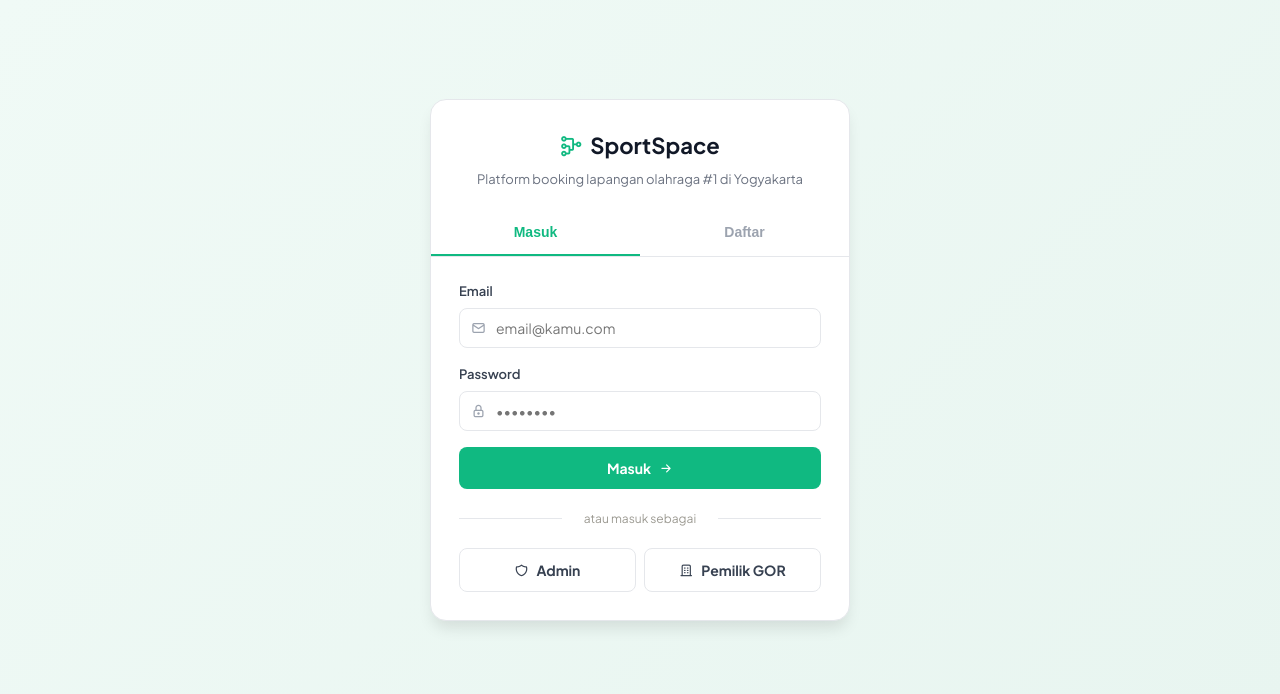
Repository: vira633/SportSpace
Page: login.html
The author's editor kept a copy of each file at every save. The page is drawn from the files as they stood at one save, then again after the next save.
The browser window is 1280 px wide. The pictures show the whole page.
Some web libraries are served in a nearby version.

Above is the page before, as saved 2026-06-20 10:06:59.

### login.html
<!DOCTYPE html>
<html lang="id">
<head>
  <meta charset="UTF-8">
  <meta name="viewport" content="width=device-width, initial-scale=1.0">
  <title>Masuk / Daftar — SportSpace</title>
  <link rel="stylesheet" href="css/style.css">
  <link rel="stylesheet" href="https://cdn.jsdelivr.net/npm/@tabler/icons-webfont@3.31.0/dist/tabler-icons.min.css">
  <style>
    body { min-height: 100vh; display: flex; flex-direction: column; font-family: 'Plus Jakarta Sans', sans-serif; }
    .auth-wrap { flex: 1; display: flex; align-items: center; justify-content: center; padding: 32px 16px; background: linear-gradient(135deg, #f0faf6 0%, #e8f5f0 100%); }
    .auth-card { width: 100%; max-width: 420px; background: #fff; border: 1px solid #e5e7eb; border-radius: 16px; box-shadow: 0 10px 15px -3px rgba(0, 0, 0, 0.1); overflow: hidden; }
    .auth-top { padding: 28px 28px 0; text-align: center; }
    .auth-logo { display: inline-flex; align-items: center; gap: 8px; margin-bottom: 6px; font-weight: 800; font-size: 22px; color: #111827; }
    .auth-logo i { color: #10b981; }
    .auth-desc { font-size: 13px; color: #6b7280; margin-bottom: 20px; }

    .tab-row { display: flex; border-bottom: 1px solid #e5e7eb; }
    .tab-btn { flex: 1; padding: 14px; font-size: 14px; font-weight: 600; border: none; background: transparent; color: #9ca3af; cursor: pointer; border-bottom: 2px solid transparent; transition: all .2s; }
    .tab-btn.active { color: #10b981; border-bottom-color: #10b981; }

    .tab-panel { display: none; padding: 24px 28px 28px; }
    .tab-panel.active { display: block; }

    .form-group { margin-bottom: 16px; text-align: left; }
    .form-label { display: block; font-size: 13px; font-weight: 600; margin-bottom: 6px; color: #374151; }
    .input-icon { position: relative; display: flex; align-items: center; }
    .input-icon i { position: absolute; left: 12px; color: #9ca3af; }
    .form-input { width: 100%; padding: 10px 12px 10px 38px; border: 1.5px solid #e5e7eb; border-radius: 8px; outline: none; transition: 0.2s; }
    .form-input:focus { border-color: #10b981; box-shadow: 0 0 0 3px rgba(16, 185, 129, 0.1); }

    .btn { cursor: pointer; font-weight: 700; border: none; transition: 0.2s; border-radius: 8px; display: inline-flex; align-items: center; justify-content: center; gap: 8px; }
    .btn-primary { background: #10b981; color: white; }
    .btn-primary:hover { background: #059669; }
    .btn-outline { background: white; border: 1.5px solid #e5e7eb; color: #374151; }
    .btn-outline:hover { background: #f9fafb; border-color: #d1d5db; }
    .btn-full { width: 100%; padding: 12px; }

    .divider { display: flex; align-items: center; text-align: center; margin: 20px 0; color: #9ca3af; font-size: 12px; }
    .divider::before, .divider::after { content: ''; flex: 1; border-bottom: 1px solid #e5e7eb; }
    .divider:not(:empty)::before { margin-right: 10px; }
    .divider:not(:empty)::after { margin-left: 10px; }

    .hidden { display: none !important; }
  </style>
</head>
<body>

<div class="auth-wrap">
  <div class="auth-card">
    <div class="auth-top">
      <div class="auth-logo"><i class="ti ti-tournament"></i> SportSpace</div>
      <p class="auth-desc">Platform booking lapangan olahraga #1 di Yogyakarta</p>
    </div>

    <div class="tab-row">
      <button class="tab-btn active" id="btn-login" onclick="switchTab('login')">Masuk</button>
      <button class="tab-btn" id="btn-register" onclick="switchTab('register')">Daftar</button>
    </div>

    <div class="tab-panel active" id="panel-login">
      <div class="form-group">
        <label class="form-label">Email</label>
        <div class="input-icon">
          <i class="ti ti-mail"></i>
          <input type="email" id="loginEmail" class="form-input" placeholder="email@kamu.com">
        </div>
      </div>
      <div class="form-group">
        <label class="form-label">Password</label>
        <div class="input-icon">
          <i class="ti ti-lock"></i>
          <input type="password" id="loginPass" class="form-input" placeholder="••••••••">
        </div>
      </div>

      <button class="btn btn-primary btn-full" onclick="handleLogin()">Masuk <i class="ti ti-arrow-right"></i></button>

      <div class="divider"><span>atau masuk sebagai</span></div>

      <div style="display:flex; gap:8px;">
        <button class="btn btn-outline btn-full" onclick="goTo('dashboard-admin.html')"><i class="ti ti-shield"></i> Admin</button>
        <button class="btn btn-outline btn-full" onclick="goTo('dashboard-owner.html')"><i class="ti ti-building"></i> Pemilik GOR</button>
      </div>
    </div>

    <div class="tab-panel" id="panel-register">
      <div class="form-group">
        <label class="form-label">Nama lengkap</label>
        <div class="input-icon">
          <i class="ti ti-user"></i>
          <input type="text" id="regNama" class="form-input" placeholder="Nama kamu">
        </div>
      </div>
      <div class="form-group">
        <label class="form-label">Email</label>
        <div class="input-icon">
          <i class="ti ti-mail"></i>
          <input type="email" id="regEmail" class="form-input" placeholder="email@kamu.com">
        </div>
      </div>
      <div class="form-group">
        <label class="form-label">Password</label>
        <div class="input-icon">
          <i class="ti ti-lock"></i>
          <input type="password" id="regPass" class="form-input" placeholder="Min. 8 karakter">
        </div>
      </div>
      <button class="btn btn-primary btn-full" onclick="handleRegister()">Buat akun <i class="ti ti-arrow-right"></i></button>
    </div>
  </div>
</div>

<script>
  function switchTab(type) {
    const pLogin = document.getElementById('panel-login');
    const pRegister = document.getElementById('panel-register');
    const bLogin = document.getElementById('btn-login');
    const bRegister = document.getElementById('btn-register');

    if (type === 'login') {
      pLogin.classList.add('active');
      pRegister.classList.remove('active');
      bLogin.classList.add('active');
      bRegister.classList.remove('active');
    } else {
      pLogin.classList.remove('active');
      pRegister.classList.add('active');
      bLogin.classList.remove('active');
      bRegister.classList.add('active');
    }
  }

  function goTo(url) {
    window.location.href = url;
  }

  function handleLogin() {
    const email = document.getElementById('loginEmail').value;
    if(!email) {
      alert("Masukkan email dulu!");
      return;
    }
    localStorage.setItem('userLoggedIn', email);
    window.location.href = "index.html";
  }

  function handleRegister() {
    const nama = document.getElementById('regNama').value;
    if(!nama) {
      alert("Isi nama lengkap kamu!");
      return;
    }
    alert("Akun berhasil dibuat, Halo " + nama + "!");
    window.location.href = "index.html";
  }
</script>

</body>
</html>

### style.css
@import url('https://fonts.googleapis.com/css2?family=Plus+Jakarta+Sans:wght@400;500;600;700&family=Syne:wght@700;800&display=swap');

:root {
  --green: #164f21;
  --green-light: #bceab8;
  --green-mid: #1f9b32;
  --amber: #BA7517;
  --amber-light: #FAEEDA;
  --red: #C0392B;
  --red-light: #FDECEA;
  --blue-light: #E6F1FB;
  --blue: #185FA5;
  --gray-50: #F9F9F8;
  --gray-100: #F2F2F0;
  --gray-200: #E5E5E2;
  --gray-300: #D1D0CC;
  --gray-400: #9C9A92;
  --gray-600: #5C5B56;
  --gray-800: #2A2A28;
  --gray-900: #1A1A18;
  --white: #FFFFFF;
  --black: #000000;
  --radius-sm: 6px;
  --radius-md: 10px;
  --radius-lg: 16px;
  --radius-xl: 24px;
  --shadow-sm: 0 1px 3px rgba(0, 0, 0, .06), 0 1px 2px rgba(0, 0, 0, .04);
  --shadow-md: 0 4px 12px rgba(0, 0, 0, .08), 0 2px 4px rgba(0, 0, 0, .04);
  --shadow-lg: 0 10px 30px rgba(0, 0, 0, .10), 0 4px 8px rgba(0, 0, 0, .04);
}

*,
*::before,
*::after {
  box-sizing: border-box;
  margin: 0;
  padding: 0;
}

body {
  font-family: 'Plus Jakarta Sans', sans-serif;
  background: var(--gray-50);
  color: var(--gray-800);
  line-height: 1.6;
  font-size: 15px;
}

h1,
h2,
h3 {
  font-family: 'Syne', sans-serif;
  line-height: 1.3;
}

a {
  text-decoration: none;
  color: inherit;
}

.navbar {
  position: sticky;
  top: 0;
  z-index: 100;
  display: flex;
  align-items: center;
  justify-content: space-between;
  padding: 14px 32px;
  background: rgba(255, 255, 255, .92);
  backdrop-filter: blur(12px);
  border-bottom: 1px solid var(--gray-200);
}

.navbar-brand i {
  font-size: 25px;
  color: var(--green);
  vertical-align: middle;
}

.navbar-brand {
  display: flex;
  align-items: center;
  gap: 4px;
  font-family: 'Syne', sans-serif;
  font-size: 18px;
  font-weight: 800;
  color: var(--gray-900);
}

.navbar-brand .dot {
  width: 4px;
  height: 4px;
  background: var(--green);
  border-radius: 100%;
  transform: translateY(6px);
}

.navbar-links {
  display: flex;
  gap: 28px;
}

.navbar-links a {
  font-size: 14px;
  color: var(--gray-600);
  font-weight: 500;
  transition: all 0.3 ease;
  position: relative;
  display: inline-block;
  padding: 8px 0;
}

.navbar-links a:hover,
.navbar-links a.active {
  color: var(--green);
  font-weight: 700;
  font-size: 15.5px;
  transform: translateY(-1px);
}


.navbar-links a:hover,
.navbar-links a.active {
  color: var(--green);
}

.navbar-actions {
  display: flex;
  gap: 8px;
  align-items: center;
}

/* BUTTONS */
.btn {
  display: inline-flex;
  align-items: center;
  gap: 6px;
  border: none;
  border-radius: var(--radius-md);
  padding: 9px 18px;
  font-size: 14px;
  font-weight: 600;
  cursor: pointer;
  transition: all .15s;
  font-family: 'Plus Jakarta Sans', sans-serif;
}

.btn-primary {
  background: var(--green);
  color: var(--white);
}

.btn-primary:hover {
  background: var(--green-mid);
  transform: translateY(-1px);
  box-shadow: var(--shadow-md);
}

.btn-outline {
  background: transparent;
  border: 1.5px solid var(--gray-200);
  color: var(--gray-800);
}

.btn-outline:hover {
  border-color: var(--green);
  color: var(--green);
}

.btn-sm {
  padding: 6px 14px;
  font-size: 13px;
}

.btn-lg {
  padding: 13px 28px;
  font-size: 15px;
}

.btn-full {
  width: 100%;
  justify-content: center;
}

/* BADGES */
.badge {
  display: inline-flex;
  align-items: center;
  gap: 4px;
  font-size: 11px;
  font-weight: 600;
  padding: 3px 10px;
  border-radius: 20px;
}

.badge-green {
  background: var(--green-light);
  color: var(--green);
}

.badge-amber {
  background: var(--amber-light);
  color: var(--amber);
}

.badge-red {
  background: var(--red-light);
  color: var(--red);
}

.badge-gray {
  background: var(--gray-100);
  color: var(--gray-600);
}

.badge-blue {
  background: var(--blue-light);
  color: var(--blue);
}

/* CARDS */
.card {
  background: var(--white);
  border: 1px solid var(--gray-200);
  border-radius: var(--radius-lg);
  box-shadow: var(--shadow-sm);
}

.card-body {
  padding: 20px;
}

/* FORM ELEMENTS */
.form-group {
  margin-bottom: 16px;
}

.form-label {
  display: block;
  font-size: 13px;
  font-weight: 600;
  color: var(--white);
  margin-bottom: 6px;
}

.form-input {
  width: 100%;
  padding: 10px 14px;
  font-size: 14px;
  font-family: 'Plus Jakarta Sans', sans-serif;
  border: 1.5px solid var(--gray-200);
  border-radius: var(--radius-md);
  background: var(--white);
  color: var(--gray-800);
  outline: none;
  transition: border-color .15s;
}

.form-input:focus {
  border-color: var(--green);
}

.input-icon {
  position: relative;
}

.input-icon i {
  position: absolute;
  left: 12px;
  top: 50%;
  transform: translateY(-50%);
  color: var(--gray-400);
  font-size: 15px;
}

.input-icon .form-input {
  padding-left: 36px;
}

/* SECTION */
.section {
  padding: 48px 32px;
  max-width: 1100px;
  margin: 0 auto;
}

.section-title {
  font-size: 22px;
  margin-bottom: 6px;
}

.section-subtitle {
  font-size: 14px;
  color: var(--gray-400);
  margin-bottom: 24px;
}

/* DIVIDER */
.divider {
  display: flex;
  align-items: center;
  gap: 12px;
  margin: 20px 0;
}

.divider::before,
.divider::after {
  content: '';
  flex: 1;
  height: 1px;
  background: var(--gray-200);
}

.divider span {
  font-size: 12px;
  color: var(--gray-400);
}

/* FOOTER */
.footer {
  background: var(--gray-900);
  color: var(--gray-400);
  padding: 32px;
  text-align: center;
  font-size: 13px;
  margin-top: 60px;
}

.footer strong {
  color: var(--white);
}

/* STAR */
.stars {
  color: rgb(218, 218, 19);
  font-size: 13px;
  letter-spacing: 1px;
}

/* ALERT */
.alert {
  padding: 12px 16px;
  border-radius: var(--radius-md);
  font-size: 13px;
  display: flex;
  align-items: start;
  gap: 10px;
}

.alert-info {
  background: var(--blue-light);
  color: var(--blue);
}

.alert-warning {
  background: var(--amber-light);
  color: var(--amber);
}

.alert-success {
  background: var(--green-light);
  color: var(--green);
}

/* TABLE */
.table {
  width: 100%;
  border-collapse: collapse;
  font-size: 14px;
}

.table th {
  text-align: left;
  padding: 10px 14px;
  font-size: 12px;
  font-weight: 700;
  text-transform: uppercase;
  letter-spacing: .5px;
  color: var(--gray-400);
  border-bottom: 1px solid var(--gray-200);
}

.table td {
  padding: 12px 14px;
  border-bottom: 1px solid var(--gray-100);
  vertical-align: middle;
}

.table tr:last-child td {
  border-bottom: none;
}

.table tr:hover td {
  background: var(--gray-50);
}

/* STAT CARD */
.stat-card {
  background: var(--white);
  border: 1px solid var(--gray-200);
  border-radius: var(--radius-lg);
  padding: 20px 24px;
}

.stat-value {
  font-family: 'Syne', sans-serif;
  font-size: 28px;
  font-weight: 800;
  color: var(--gray-900);
}

.stat-label {
  font-size: 13px;
  color: var(--gray-400);
  margin-top: 4px;
}

.stat-change {
  font-size: 12px;
  font-weight: 600;
  margin-top: 8px;
}

.stat-up {
  color: var(--green);
}

.stat-down {
  color: var(--red);
}

/* SIDEBAR LAYOUT */
.dashboard-layout {
  display: flex;
  min-height: calc(100vh - 60px);
}

.sidebar {
  width: 220px;
  min-width: 220px;
  background: var(--white);
  border-right: 1px solid var(--gray-200);
  padding: 24px 0;
}

.sidebar-item {
  display: flex;
  align-items: center;
  gap: 10px;
  padding: 10px 20px;
  font-size: 14px;
  font-weight: 500;
  color: var(--gray-600);
  cursor: pointer;
  transition: all .15s;
  border-left: 3px solid transparent;
}

.sidebar-item:hover {
  background: var(--gray-50);
  color: var(--gray-800);
}

.sidebar-item.active {
  background: var(--green-light);
  color: var(--green);
  border-left-color: var(--green);
  font-weight: 600;
}

.sidebar-item i {
  font-size: 17px;
}

.sidebar-section {
  font-size: 11px;
  font-weight: 700;
  text-transform: uppercase;
  letter-spacing: .8px;
  color: var(--gray-300);
  padding: 16px 20px 6px;
}

.dashboard-content {
  flex: 1;
  padding: 32px;
  overflow-y: auto;
}

/* RESPONSIVE */
@media (max-width: 768px) {
  .navbar {
    padding: 12px 16px;
  }

  .navbar-links {
    display: none;
  }

  .section {
    padding: 32px 16px;
  }

  .dashboard-layout {
    flex-direction: column;
  }

  .sidebar {
    width: 100%;
    border-right: none;
    border-bottom: 1px solid var(--gray-200);
    padding: 12px 0;
    display: flex;
    overflow-x: auto;
  }

  .sidebar-section {
    display: none;
  }

  .sidebar-item {
    white-space: nowrap;
    border-left: none;
    border-bottom: 3px solid transparent;
    padding: 8px 16px;
  }

  .sidebar-item.active {
    border-bottom-color: var(--green);
    border-left-color: transparent;
  }

  .dashboard-content {
    padding: 20px 16px;
  }
}

/*INDEX*/
.hero {
  background: linear-gradient(135deg, var(--green) 0%, var(--green-mid) 60%, var(--green-light) 100%);
  padding: 72px 32px 80px;
  text-align: center;
  position: relative;
  overflow: hidden;
}

.hero-badge {
  display: inline-flex;
  align-items: center;
  gap: 6px;
  background: rgba(255, 255, 255, .15);
  color: #fff;
  border-radius: 20px;
  padding: 5px 14px;
  font-size: 13px;
  font-weight: 500;
  margin-bottom: 20px;
  backdrop-filter: blur(8px);
  border: 1px solid rgba(255, 255, 255, .2);
}

.hero h1 {
  font-size: clamp(28px, 5vw, 48px);
  color: #fff;
  margin-bottom: 14px;
  position: relative;
}

.hero p {
  font-size: 16px;
  color: rgba(255, 255, 255, .8);
  max-width: 480px;
  margin: 0 auto 32px;
  position: relative;
}

.search-box {
  display: flex;
  gap: 8px;
  background: #fff;
  border-radius: var(--radius-lg);
  padding: 8px 8px 8px 16px;
  max-width: 500px;
  margin: 0 auto;
  box-shadow: var(--shadow-lg);
  position: relative;
  align-items: center;
  transition: transform 0.2s, box-shadow 0.2s, border-color 0.2s;
  border: 1px solid transparent;
}

.search-box input {
  flex: 1;
  border: none;
  outline: none;
  font-size: 14px;
  font-family: 'Plus Jakarta Sans', sans-serif;
  color: var(--gray-800);
  background: transparent;
  min-width: 0;

}

.search-box:focus-within {
  border-color: var(--green);
  transform: translateY(-2px);
  box-shadow: 0 8px 25px rgba(0,0,0,0.1);
}

.search-box input::placeholder {
  color: var(--gray-400);
}

.search-box .btn {
  white-space: nowrap;
  flex-shrink: 0;
}

.hero-stats {
  display: flex;
  justify-content: center;
  gap: 32px;
  margin-top: 32px;
  flex-wrap: wrap;
  position: relative;
}

.hero-stat {
  text-align: center;
}

.hero-stat .num {
  font-family: 'Plus Jakarta Sans', sans-serif;
  font-size: 25px;
  font-weight: 800;
  color: #fff;
}

.hero-stat .lbl {
  font-size: 12px;
  color: rgba(255, 255, 255, .6);
}

.sport-chips {
  display: flex;
  gap: 8px;
  flex-wrap: wrap;
}

.sport-chip {
  display: inline-flex;
  align-items: center;
  gap: 6px;
  padding: 7px 16px;
  border-radius: 20px;
  border: 1.5px solid var(--gray-200);
  font-size: 13px;
  font-weight: 500;
  cursor: pointer;
  transition: all .15s;
  background: var(--white);
  color: var(--gray-600);
}

.sport-chip:hover,
.sport-chip.active {
  border-color: var(--green);
  background: var(--green-light);
  color: var(--green);
}

.field-card {
  background: var(--white);
  border: 1px solid var(--gray-200);
  border-radius: var(--radius-lg);
  overflow: hidden;
  box-shadow: var(--shadow-sm);
  transition: all .2s;
}

.field-card:hover {
  transform: translateY(-3px);
  box-shadow: var(--shadow-lg);
}

.field-img {
  height: 160px;
  background: var(--green-light);
  position: relative;
  overflow: hidden;
}

.field-img img {
  width: 100%;
  height: 100%;
  object-fit: cover;
}

.field-img .badge {
  position: absolute;
  top: 12px;
  right: 12px;
  z-index: 10;
}

.field-body {
  padding: 16px;
}

.field-name {
  color: var(--black);
  font-weight: 700;
  font-size: 15px;
  margin-bottom: 4px;
}

.field-meta {
  font-size: 12px;
  color: var(--gray-900);
  margin-bottom: 10px;
  display: flex;
  gap: 10px;
  flex-wrap: wrap;
}

.field-rating {
  font-size: 10px;
  margin-bottom: 12px;
}

.field-footer {
  display: flex;
  justify-content: space-between;
  align-items: center;
}

.field-price {
  font-size: 15px;
  font-weight: 700;
  color: var(--black);
}

.field-price span {
  font-size: 12px;
  font-weight: 400;
  color: var(--gray-900);
}

.how-step {
  display: flex;
  gap: 16px;
  align-items: start;
}

.how-num {
  width: 36px;
  height: 36px;
  min-width: 36px;
  border-radius: 50%;
  background: var(--green);
  color: #fff;
  font-family: 'Syne', sans-serif;
  font-weight: 800;
  font-size: 13px;
  display: flex;
  align-items: center;
  justify-content: center;
}

.how-text h3 {
  font-size: 15px;
  margin-bottom: 4px;
}

.how-text p {
  font-size: 13px;
  color: var(--gray-400);
}

.owner-banner {
  background: linear-gradient(135deg, var(--gray-900), #2a3828);
  border-radius: var(--radius-xl);
  padding: 36px;
  display: flex;
  align-items: center;
  justify-content: space-between;
  gap: 20px;
  flex-wrap: wrap;
}

.owner-banner h2 {
  font-size: 22px;
  color: #fff;
  margin-bottom: 8px;
}

.owner-banner p {
  font-size: 14px;
  color: var(--gray-400);
}

.btn-white {
  background: #fff;
  color: var(--gray-900);
}

.btn-white:hover {
  background: var(--green-light);
  color: var(--green);
}

.fields-grid {
  display: grid;
  grid-template-columns: repeat(auto-fill, minmax(240px, 1fr));
  gap: 16px;
}

Loaded but not shown: login.css (no stored copy; drawn as an empty file)

After the next save:
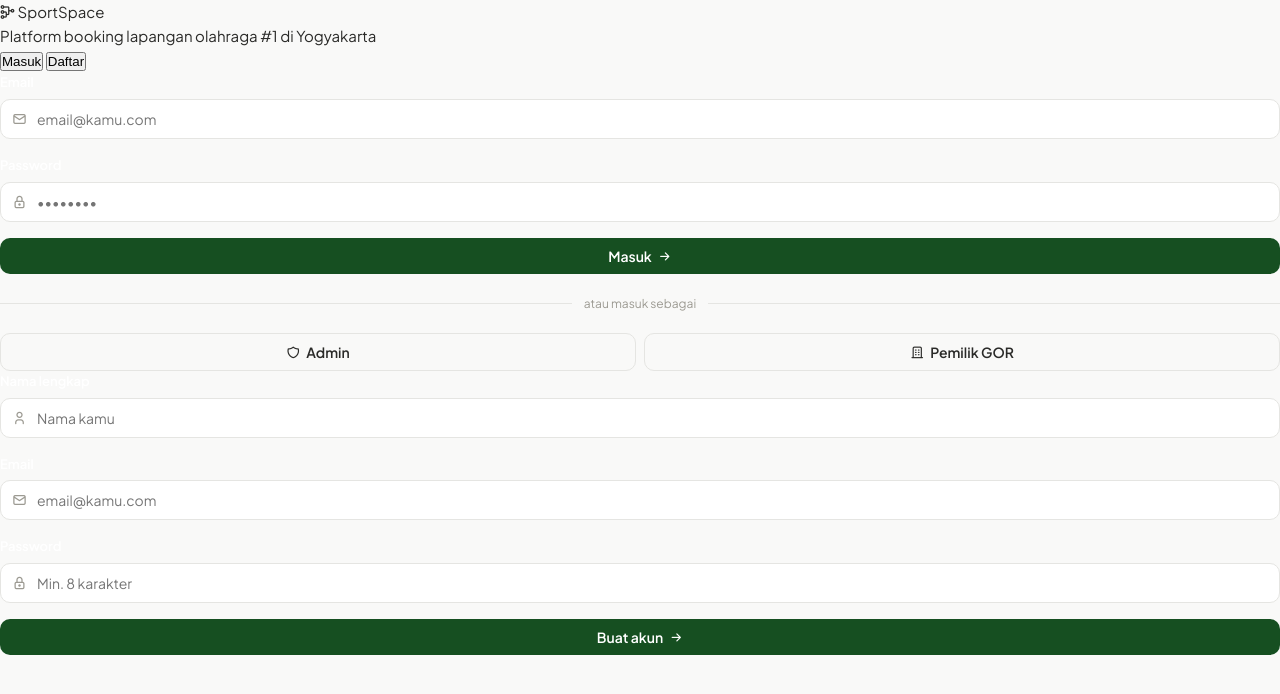
Saved 103 s later.
--- a/login.html
+++ b/login.html
@@ -4,45 +4,11 @@
   <meta charset="UTF-8">
   <meta name="viewport" content="width=device-width, initial-scale=1.0">
   <title>Masuk / Daftar — SportSpace</title>
+
   <link rel="stylesheet" href="css/style.css">
+  <link rel="stylesheet" href="css/login.css">
+
   <link rel="stylesheet" href="https://cdn.jsdelivr.net/npm/@tabler/icons-webfont@3.31.0/dist/tabler-icons.min.css">
-  <style>
-    body { min-height: 100vh; display: flex; flex-direction: column; font-family: 'Plus Jakarta Sans', sans-serif; }
-    .auth-wrap { flex: 1; display: flex; align-items: center; justify-content: center; padding: 32px 16px; background: linear-gradient(135deg, #f0faf6 0%, #e8f5f0 100%); }
-    .auth-card { width: 100%; max-width: 420px; background: #fff; border: 1px solid #e5e7eb; border-radius: 16px; box-shadow: 0 10px 15px -3px rgba(0, 0, 0, 0.1); overflow: hidden; }
-    .auth-top { padding: 28px 28px 0; text-align: center; }
-    .auth-logo { display: inline-flex; align-items: center; gap: 8px; margin-bottom: 6px; font-weight: 800; font-size: 22px; color: #111827; }
-    .auth-logo i { color: #10b981; }
-    .auth-desc { font-size: 13px; color: #6b7280; margin-bottom: 20px; }
-
-    .tab-row { display: flex; border-bottom: 1px solid #e5e7eb; }
-    .tab-btn { flex: 1; padding: 14px; font-size: 14px; font-weight: 600; border: none; background: transparent; color: #9ca3af; cursor: pointer; border-bottom: 2px solid transparent; transition: all .2s; }
-    .tab-btn.active { color: #10b981; border-bottom-color: #10b981; }
-
-    .tab-panel { display: none; padding: 24px 28px 28px; }
-    .tab-panel.active { display: block; }
-
-    .form-group { margin-bottom: 16px; text-align: left; }
-    .form-label { display: block; font-size: 13px; font-weight: 600; margin-bottom: 6px; color: #374151; }
-    .input-icon { position: relative; display: flex; align-items: center; }
-    .input-icon i { position: absolute; left: 12px; color: #9ca3af; }
-    .form-input { width: 100%; padding: 10px 12px 10px 38px; border: 1.5px solid #e5e7eb; border-radius: 8px; outline: none; transition: 0.2s; }
-    .form-input:focus { border-color: #10b981; box-shadow: 0 0 0 3px rgba(16, 185, 129, 0.1); }
-
-    .btn { cursor: pointer; font-weight: 700; border: none; transition: 0.2s; border-radius: 8px; display: inline-flex; align-items: center; justify-content: center; gap: 8px; }
-    .btn-primary { background: #10b981; color: white; }
-    .btn-primary:hover { background: #059669; }
-    .btn-outline { background: white; border: 1.5px solid #e5e7eb; color: #374151; }
-    .btn-outline:hover { background: #f9fafb; border-color: #d1d5db; }
-    .btn-full { width: 100%; padding: 12px; }
-
-    .divider { display: flex; align-items: center; text-align: center; margin: 20px 0; color: #9ca3af; font-size: 12px; }
-    .divider::before, .divider::after { content: ''; flex: 1; border-bottom: 1px solid #e5e7eb; }
-    .divider:not(:empty)::before { margin-right: 10px; }
-    .divider:not(:empty)::after { margin-left: 10px; }
-
-    .hidden { display: none !important; }
-  </style>
 </head>
 <body>
 
